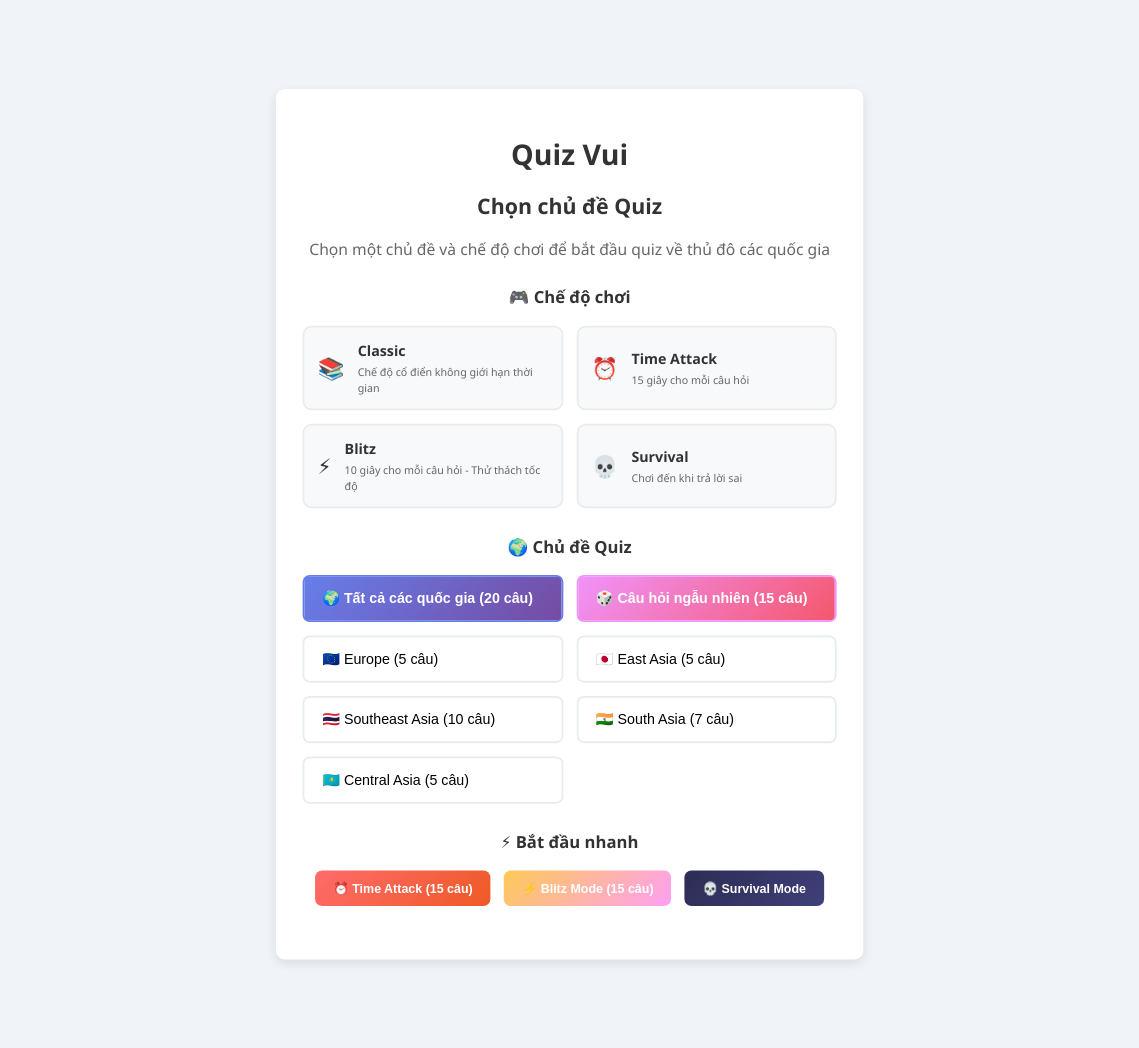
Repository: HuynhPPP/Quiz_App
Page: /
An editor plug-in stored every save of this project. The page is shown before and after a run of saves, followed by the edit.
The browser window is 1280 px wide. The pictures show the whole page, at 89% of full size.
The project was rebuilt for these pictures with package versions that can differ from the ones it lists, and the page was loaded fresh each time. Also part of the build but not shown: vite.config.js, src/components/Resutl.jsx, src/components/Review.jsx.

Above is the page before, as saved 2025-09-26 15:44:04.

### index.html
<!doctype html>
<html lang="en">
  <head>
    <meta charset="UTF-8" />
    <link rel="icon" type="image/svg+xml" href="/vite.svg" />
    <meta name="viewport" content="width=device-width, initial-scale=1.0" />
    <title>Quiz Vui</title>
  </head>
  <body>
    <div id="root"></div>
    <script type="module" src="/src/main.jsx"></script>
  </body>
</html>

### src/App.jsx
import Quiz from "./components/Quiz"

function App() {
  return (
    <div className="container">
      <h1>Quiz Vui</h1>
      <Quiz />

    </div>
  )
}

export default App

### src/components/Quiz.jsx
import React, { useState, useEffect } from 'react'
import Resutl from './Resutl'
import Review from './Review'
import QuizSelector from './QuizSelector'
import { quizData } from '../data/quizData'

const Quiz = () => {
    const [currentQuestions, setCurrentQuestions] = useState([]);
    const [optionSelected, setOptionSelected] = useState("");
    const [userAnswer, setUserAnswer] = useState([]);
    const [currentQuestion, setCurrentQuestion] = useState(0);
    const [isQuizCompleted, setIsQuizCompleted] = useState(false);
    const [isReviewMode, setIsReviewMode] = useState(false);
    const [score, setScore] = useState(0);
    const [showSelector, setShowSelector] = useState(true);

    const handleStartQuiz = (questions) => {
        setCurrentQuestions(questions);
        setUserAnswer(Array.from({ length: questions.length }));
        setShowSelector(false);
        setCurrentQuestion(0);
        setOptionSelected("");
        setIsQuizCompleted(false);
        setIsReviewMode(false);
        setScore(0);
    };

    const handleSelectOption = (option, index) => {
        setOptionSelected(option);
        const newUserAnswer = [...userAnswer];
        newUserAnswer[currentQuestion] = index;
        setUserAnswer(newUserAnswer);
    }

    const handleNextQuestion = () => {
        if (currentQuestion === currentQuestions.length - 1) {
            setIsQuizCompleted(true);
        } else {
            setCurrentQuestion((prev) => prev + 1);
        }

    }

    const handlePreviousQuestion = () => {
        if (currentQuestion > 0) {
            setCurrentQuestion((prev) => prev - 1);
        }
    }

    const handleResetQuiz = () => {
        setShowSelector(true);
        setIsQuizCompleted(false);
        setIsReviewMode(false);
        setCurrentQuestion(0);
        setScore(0);
        setUserAnswer([]);
        setOptionSelected("");
        setCurrentQuestions([]);
    }

    const handleReviewQuiz = () => {
        setIsReviewMode(true);
        setIsQuizCompleted(false);
        setCurrentQuestion(0);
    }

    const handleBackToResult = () => {
        setIsReviewMode(false);
        setIsQuizCompleted(true);
    }

    useEffect(() => {
        if (currentQuestions.length > 0) {
            const answer = Number(userAnswer[currentQuestion]);
            const pastOptionSelected = currentQuestions[currentQuestion].options[answer];
            if (answer !== undefined) {
                setOptionSelected(pastOptionSelected);
            } else {
                setOptionSelected("");
            }
        }
    }, [currentQuestion, userAnswer, currentQuestions]);

    useEffect(() => {
        if (currentQuestions.length > 0 && optionSelected === currentQuestions[currentQuestion].answer) {
            setScore((prev) => prev + 1);
        }
    }, [optionSelected, currentQuestion, currentQuestions]);

    if (isReviewMode) {
        return <Review
            quizData={currentQuestions}
            userAnswers={userAnswer}
            handleBackToResult={handleBackToResult}
            handleRestartQuiz={handleResetQuiz}
        />
    }

    if (isQuizCompleted) {
        return <Resutl
            score={score}
            totalQuestions={currentQuestions.length}
            handleReviewQuiz={handleReviewQuiz}
            handleResetQuiz={handleResetQuiz}
        />
    }

    if (showSelector) {
        return <QuizSelector onStartQuiz={handleStartQuiz} />
    }

    if (currentQuestions.length === 0) {
        return <div>Loading...</div>
    }

    return (
        <div>
            <h2>Câu {currentQuestion + 1}</h2>
            <p className='question'>{currentQuestions[currentQuestion].question}</p>

            {currentQuestions[currentQuestion].options.map((option, index) => (
                <button
                    key={index}
                    className={`option ${optionSelected === option ? 'selected' : ''}`}
                    disabled={!!optionSelected && optionSelected !== option}
                    onClick={() => handleSelectOption(option, index)}
                >
                    {option}
                </button>
            ))}

            {
                optionSelected ? (
                    optionSelected === currentQuestions[currentQuestion].answer ? (
                        <p className='correct-answer'>Câu trả lời của bạn là chính xác</p>
                    ) : (
                        <p className='incorrect-answer'>Câu trả lời của bạn chưa chính xác</p>
                    )
                ) : ""
            }


            <div className='nav-buttons'>
                <button
                    onClick={handlePreviousQuestion}
                    disabled={currentQuestion === 0}
                >
                    Trước
                </button>
                <button
                    onClick={handleNextQuestion}
                    disabled={!optionSelected}
                >
                    {currentQuestion === currentQuestions.length - 1 ? "Hoàn thành Quiz" : "Tiếp"}
                </button>
            </div>
        </div>
    );
};

export default Quiz

Loaded but not shown: src/main.jsx (common file); src/data/quizData.js (221 lines, source omitted); src/hooks/useGameModes.js (111 lines, source omitted); src/index.css (610 lines, source omitted); src/components/QuizSelector.jsx (115 lines, source omitted)

After the next 2 saves:
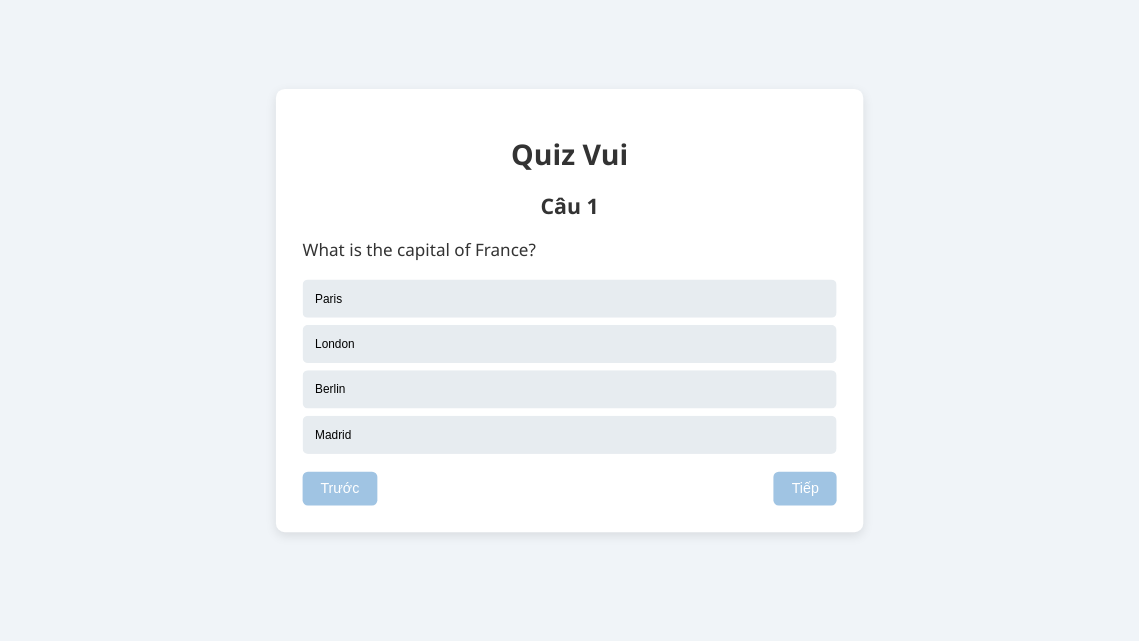
The 2 saves are shown as one change because they came seconds apart.
The last was saved 9 s later.
--- a/src/components/Quiz.jsx
+++ b/src/components/Quiz.jsx
@@ -1,29 +1,45 @@
 import React, { useState, useEffect } from 'react'
 import Resutl from './Resutl'
 import Review from './Review'
-import QuizSelector from './QuizSelector'
-import { quizData } from '../data/quizData'
+
+const quizData = [
+    {
+        question: "What is the capital of France?",
+        options: ["Paris", "London", "Berlin", "Madrid"],
+        answer: "Paris"
+    },
+    {
+        question: "What is the capital of Germany?",
+        options: ["Berlin", "London", "Madrid", "Paris"],
+        answer: "Berlin"
+    },
+    {
+        question: "What is the capital of Italy?",
+        options: ["Rome", "London", "Madrid", "Paris"],
+        answer: "Rome"
+    },
+    {
+        question: "What is the capital of Spain?",
+        options: ["Madrid", "London", "Paris", "Rome"],
+        answer: "Madrid"
+    },
+    {
+        question: "What is the capital of Portugal?",
+        options: ["Lisbon", "London", "Madrid", "Paris"],
+        answer: "Lisbon"
+    },
+
+]
 
 const Quiz = () => {
-    const [currentQuestions, setCurrentQuestions] = useState([]);
     const [optionSelected, setOptionSelected] = useState("");
-    const [userAnswer, setUserAnswer] = useState([]);
+    const [userAnswer, setUserAnswer] = useState(
+        Array.from({ length: quizData.length })
+    );
     const [currentQuestion, setCurrentQuestion] = useState(0);
     const [isQuizCompleted, setIsQuizCompleted] = useState(false);
     const [isReviewMode, setIsReviewMode] = useState(false);
     const [score, setScore] = useState(0);
-    const [showSelector, setShowSelector] = useState(true);
-
-    const handleStartQuiz = (questions) => {
-        setCurrentQuestions(questions);
-        setUserAnswer(Array.from({ length: questions.length }));
-        setShowSelector(false);
-        setCurrentQuestion(0);
-        setOptionSelected("");
-        setIsQuizCompleted(false);
-        setIsReviewMode(false);
-        setScore(0);
-    };
 
     const handleSelectOption = (option, index) => {
         setOptionSelected(option);
@@ -33,7 +49,7 @@
     }
 
     const handleNextQuestion = () => {
-        if (currentQuestion === currentQuestions.length - 1) {
+        if (currentQuestion === quizData.length - 1) {
             setIsQuizCompleted(true);
         } else {
             setCurrentQuestion((prev) => prev + 1);
@@ -48,14 +64,12 @@
     }
 
     const handleResetQuiz = () => {
-        setShowSelector(true);
         setIsQuizCompleted(false);
         setIsReviewMode(false);
         setCurrentQuestion(0);
         setScore(0);
-        setUserAnswer([]);
+        setUserAnswer(Array.from({ length: quizData.length }));
         setOptionSelected("");
-        setCurrentQuestions([]);
     }
 
     const handleReviewQuiz = () => {
@@ -70,26 +84,24 @@
     }
 
     useEffect(() => {
-        if (currentQuestions.length > 0) {
-            const answer = Number(userAnswer[currentQuestion]);
-            const pastOptionSelected = currentQuestions[currentQuestion].options[answer];
-            if (answer !== undefined) {
-                setOptionSelected(pastOptionSelected);
-            } else {
-                setOptionSelected("");
-            }
+        const answer = Number(userAnswer[currentQuestion]);
+        const pastOptionSelected = quizData[currentQuestion].options[answer];
+        if (answer !== undefined) {
+            setOptionSelected(pastOptionSelected);
+        } else {
+            setOptionSelected("");
         }
-    }, [currentQuestion, userAnswer, currentQuestions]);
+    }, [currentQuestion, userAnswer]);
 
     useEffect(() => {
-        if (currentQuestions.length > 0 && optionSelected === currentQuestions[currentQuestion].answer) {
+        if (optionSelected === quizData[currentQuestion].answer) {
             setScore((prev) => prev + 1);
         }
-    }, [optionSelected, currentQuestion, currentQuestions]);
+    }, [optionSelected, currentQuestion]);
 
     if (isReviewMode) {
         return <Review
-            quizData={currentQuestions}
+            quizData={quizData}
             userAnswers={userAnswer}
             handleBackToResult={handleBackToResult}
             handleRestartQuiz={handleResetQuiz}
@@ -99,26 +111,18 @@
     if (isQuizCompleted) {
         return <Resutl
             score={score}
-            totalQuestions={currentQuestions.length}
+            totalQuestions={quizData.length}
             handleReviewQuiz={handleReviewQuiz}
             handleResetQuiz={handleResetQuiz}
         />
     }
 
-    if (showSelector) {
-        return <QuizSelector onStartQuiz={handleStartQuiz} />
-    }
-
-    if (currentQuestions.length === 0) {
-        return <div>Loading...</div>
-    }
-
     return (
         <div>
             <h2>Câu {currentQuestion + 1}</h2>
-            <p className='question'>{currentQuestions[currentQuestion].question}</p>
+            <p className='question'>{quizData[currentQuestion].question}</p>
 
-            {currentQuestions[currentQuestion].options.map((option, index) => (
+            {quizData[currentQuestion].options.map((option, index) => (
                 <button
                     key={index}
                     className={`option ${optionSelected === option ? 'selected' : ''}`}
@@ -131,7 +135,7 @@
 
             {
                 optionSelected ? (
-                    optionSelected === currentQuestions[currentQuestion].answer ? (
+                    optionSelected === quizData[currentQuestion].answer ? (
                         <p className='correct-answer'>Câu trả lời của bạn là chính xác</p>
                     ) : (
                         <p className='incorrect-answer'>Câu trả lời của bạn chưa chính xác</p>
@@ -151,7 +155,7 @@
                     onClick={handleNextQuestion}
                     disabled={!optionSelected}
                 >
-                    {currentQuestion === currentQuestions.length - 1 ? "Hoàn thành Quiz" : "Tiếp"}
+                    {currentQuestion === quizData.length - 1 ? "Hoàn thành Quiz" : "Tiếp"}
                 </button>
             </div>
         </div>

After the save that followed:
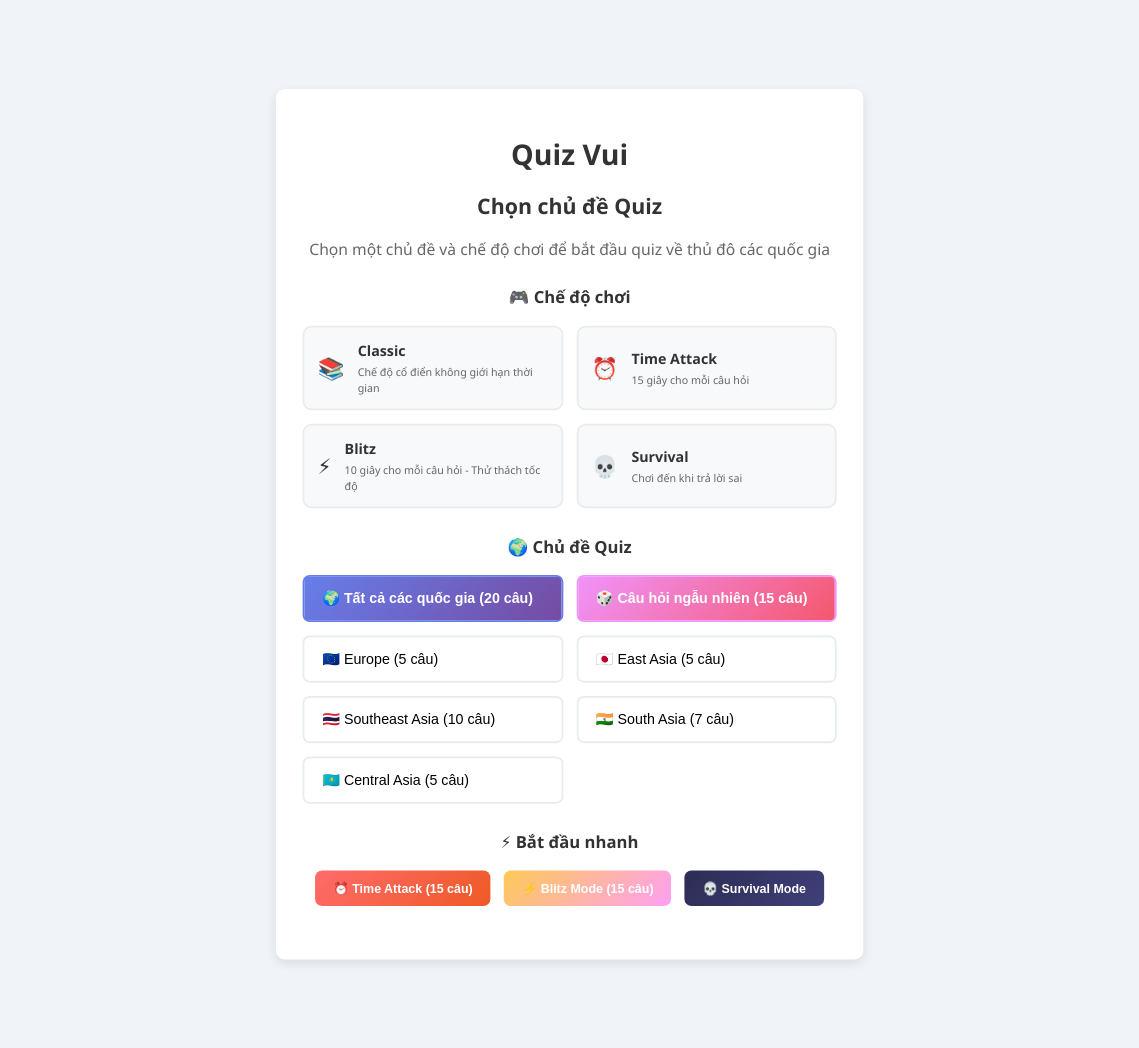
Saved 40 s later.
--- a/src/components/Quiz.jsx
+++ b/src/components/Quiz.jsx
@@ -1,45 +1,29 @@
 import React, { useState, useEffect } from 'react'
 import Resutl from './Resutl'
 import Review from './Review'
-
-const quizData = [
-    {
-        question: "What is the capital of France?",
-        options: ["Paris", "London", "Berlin", "Madrid"],
-        answer: "Paris"
-    },
-    {
-        question: "What is the capital of Germany?",
-        options: ["Berlin", "London", "Madrid", "Paris"],
-        answer: "Berlin"
-    },
-    {
-        question: "What is the capital of Italy?",
-        options: ["Rome", "London", "Madrid", "Paris"],
-        answer: "Rome"
-    },
-    {
-        question: "What is the capital of Spain?",
-        options: ["Madrid", "London", "Paris", "Rome"],
-        answer: "Madrid"
-    },
-    {
-        question: "What is the capital of Portugal?",
-        options: ["Lisbon", "London", "Madrid", "Paris"],
-        answer: "Lisbon"
-    },
-
-]
+import QuizSelector from './QuizSelector'
+import { quizData } from '../data/quizData'
 
 const Quiz = () => {
+    const [currentQuestions, setCurrentQuestions] = useState([]);
     const [optionSelected, setOptionSelected] = useState("");
-    const [userAnswer, setUserAnswer] = useState(
-        Array.from({ length: quizData.length })
-    );
+    const [userAnswer, setUserAnswer] = useState([]);
     const [currentQuestion, setCurrentQuestion] = useState(0);
     const [isQuizCompleted, setIsQuizCompleted] = useState(false);
     const [isReviewMode, setIsReviewMode] = useState(false);
     const [score, setScore] = useState(0);
+    const [showSelector, setShowSelector] = useState(true);
+
+    const handleStartQuiz = (questions) => {
+        setCurrentQuestions(questions);
+        setUserAnswer(Array.from({ length: questions.length }));
+        setShowSelector(false);
+        setCurrentQuestion(0);
+        setOptionSelected("");
+        setIsQuizCompleted(false);
+        setIsReviewMode(false);
+        setScore(0);
+    };
 
     const handleSelectOption = (option, index) => {
         setOptionSelected(option);
@@ -49,7 +33,7 @@
     }
 
     const handleNextQuestion = () => {
-        if (currentQuestion === quizData.length - 1) {
+        if (currentQuestion === currentQuestions.length - 1) {
             setIsQuizCompleted(true);
         } else {
             setCurrentQuestion((prev) => prev + 1);
@@ -68,7 +52,7 @@
         setIsReviewMode(false);
         setCurrentQuestion(0);
         setScore(0);
-        setUserAnswer(Array.from({ length: quizData.length }));
+        setUserAnswer(Array.from({ length: currentQuestions.length }));
         setOptionSelected("");
     }
 
@@ -84,24 +68,26 @@
     }
 
     useEffect(() => {
-        const answer = Number(userAnswer[currentQuestion]);
-        const pastOptionSelected = quizData[currentQuestion].options[answer];
-        if (answer !== undefined) {
-            setOptionSelected(pastOptionSelected);
-        } else {
-            setOptionSelected("");
+        if (currentQuestions.length > 0) {
+            const answer = Number(userAnswer[currentQuestion]);
+            const pastOptionSelected = currentQuestions[currentQuestion].options[answer];
+            if (answer !== undefined) {
+                setOptionSelected(pastOptionSelected);
+            } else {
+                setOptionSelected("");
+            }
         }
-    }, [currentQuestion, userAnswer]);
+    }, [currentQuestion, userAnswer, currentQuestions]);
 
     useEffect(() => {
-        if (optionSelected === quizData[currentQuestion].answer) {
+        if (currentQuestions.length > 0 && optionSelected === currentQuestions[currentQuestion].answer) {
             setScore((prev) => prev + 1);
         }
-    }, [optionSelected, currentQuestion]);
+    }, [optionSelected, currentQuestion, currentQuestions]);
 
     if (isReviewMode) {
         return <Review
-            quizData={quizData}
+            quizData={currentQuestions}
             userAnswers={userAnswer}
             handleBackToResult={handleBackToResult}
             handleRestartQuiz={handleResetQuiz}
@@ -111,18 +97,26 @@
     if (isQuizCompleted) {
         return <Resutl
             score={score}
-            totalQuestions={quizData.length}
+            totalQuestions={currentQuestions.length}
             handleReviewQuiz={handleReviewQuiz}
             handleResetQuiz={handleResetQuiz}
         />
     }
 
+    if (showSelector) {
+        return <QuizSelector onStartQuiz={handleStartQuiz} />
+    }
+
+    if (currentQuestions.length === 0) {
+        return <div>Loading...</div>
+    }
+
     return (
         <div>
             <h2>Câu {currentQuestion + 1}</h2>
-            <p className='question'>{quizData[currentQuestion].question}</p>
+            <p className='question'>{currentQuestions[currentQuestion].question}</p>
 
-            {quizData[currentQuestion].options.map((option, index) => (
+            {currentQuestions[currentQuestion].options.map((option, index) => (
                 <button
                     key={index}
                     className={`option ${optionSelected === option ? 'selected' : ''}`}
@@ -135,7 +129,7 @@
 
             {
                 optionSelected ? (
-                    optionSelected === quizData[currentQuestion].answer ? (
+                    optionSelected === currentQuestions[currentQuestion].answer ? (
                         <p className='correct-answer'>Câu trả lời của bạn là chính xác</p>
                     ) : (
                         <p className='incorrect-answer'>Câu trả lời của bạn chưa chính xác</p>
@@ -155,7 +149,7 @@
                     onClick={handleNextQuestion}
                     disabled={!optionSelected}
                 >
-                    {currentQuestion === quizData.length - 1 ? "Hoàn thành Quiz" : "Tiếp"}
+                    {currentQuestion === currentQuestions.length - 1 ? "Hoàn thành Quiz" : "Tiếp"}
                 </button>
             </div>
         </div>
